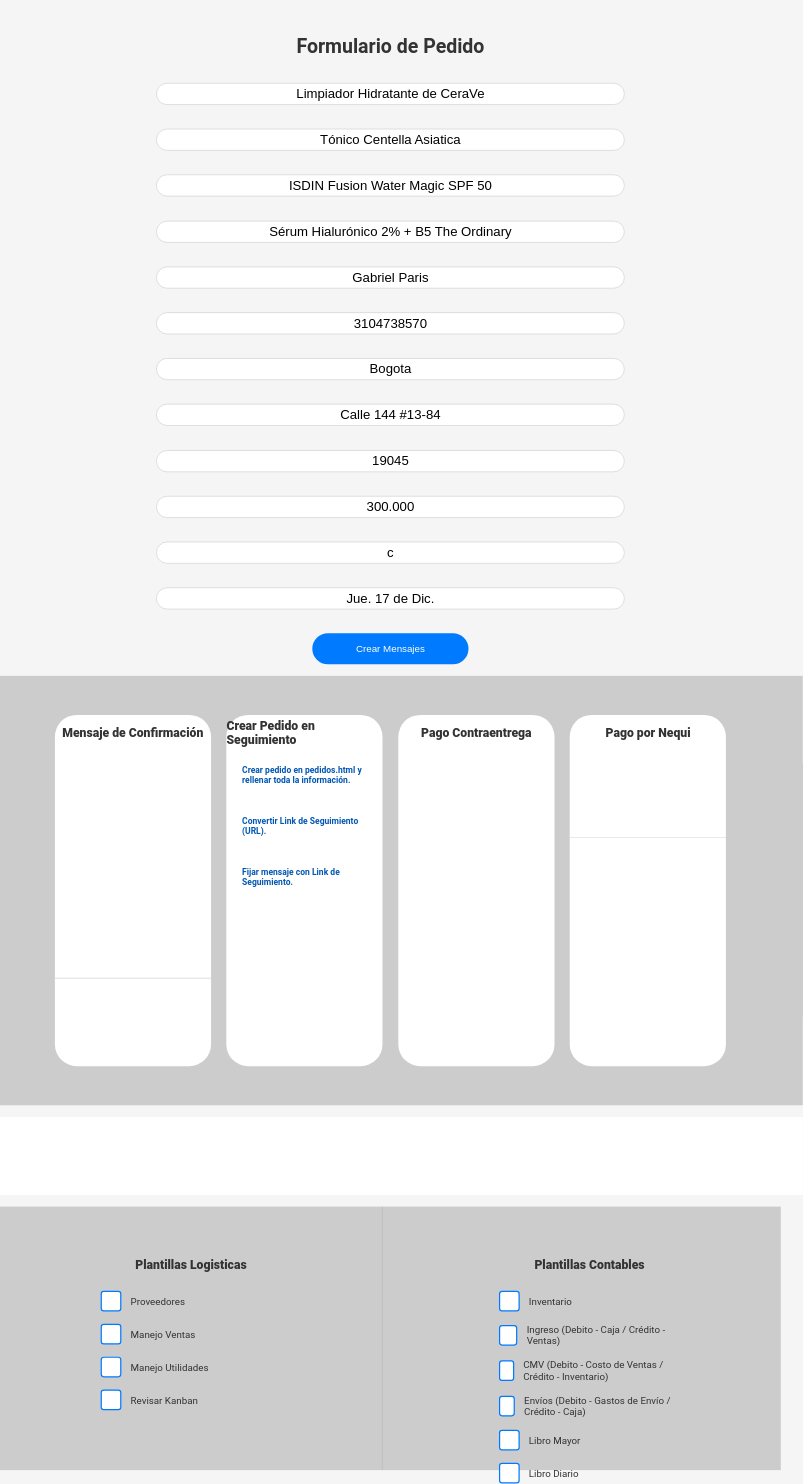
Repository: aCoupon0/intranet
Page: 1/venta-1.html
These files come from the project's save history. The page is drawn as it stood at one moment and after the next save; the edit follows.
The browser window is 1280 px wide. The page is 1316 px wide, so the pictures cover 1316 px, including what lies to the right of the window. The pictures show the whole page, at 61% of full size.

Above is the page before, as saved 2024-12-09 16:23:04.

### 1/venta-1.html
<!DOCTYPE html>
<html lang="es">

<head>
    <meta charset="UTF-8">
    <meta name="viewport" content="width=device-width, initial-scale=1.0">
    <title>Intranet DermaBox</title>
    <link rel="stylesheet" href="../css/venta.css">
</head>

<body>
    <h1>Formulario de Pedido</h1>

    <!-- Inputs para los productos -->
    <input type="text" id="input-limpiador" class="input-texto" placeholder="Limpiador" value="Limpiador Hidratante de CeraVe">
    <input type="text" id="input-hidratante" class="input-texto" placeholder="Hidratante" value="Tónico Centella Asiatica">
    <input type="text" id="input-bloqueador" class="input-texto" placeholder="Bloqueador" value="ISDIN Fusion Water Magic SPF 50">
    <input type="text" id="input-potenciador" class="input-texto" placeholder="Potenciador" value="Sérum Hialurónico 2% + B5 The Ordinary">

    <!-- Inputs para los datos del cliente -->
    <input type="text" id="input-nombre" class="input-texto" placeholder="Nombre" value="Gabriel Paris">
    <input type="text" id="input-celular" class="input-texto" placeholder="Celular" value="3104738570">
    <input type="text" id="input-ciudad" class="input-texto" placeholder="Ciudad" value="Bogota">
    <input type="text" id="input-direccion" class="input-texto" placeholder="Dirección" value="Calle 144 #13-84">

    <!-- Inputs para código, cobro y método -->
    <input type="text" id="input-codigo" class="input-texto" placeholder="Código" value="19045">
    <input type="text" id="input-cobro" class="input-texto" placeholder="Cobro" value="300.000">
    <input type="text" id="input-metodo" class="input-texto" placeholder="Método de Pago" value="c">
    <input type="text" id="input-fecha" class="input-texto" placeholder="Fecha de Llegada" value="Jue. 17 de Dic.">

    <!-- Botón para enviar -->
    <button id="boton-enviar" class="boton-enviar">Crear Mensajes</button>

    <div class="primera-fase">
        <div class="section-dual">
            <div class="section-dual-title">Mensaje de Confirmación</div>
            <div class="section-dual-1"></div>
            <div class="section-dual-2"></div>
        </div>
        <div class="section-dual">
            <div class="section-dual-title">Crear Pedido en Seguimiento</div>
            <div class="section-dual-instruction">Crear pedido en pedidos.html y rellenar toda la información.</div>
            <div class="section-dual-instruction">Convertir Link de Seguimiento (URL).</div>
            <div class="section-dual-instruction">Fijar mensaje con Link de Seguimiento.</div>
        </div>
        <div class="section-dual">
            <div class="section-dual-title">Pago Contraentrega</div>
            <div class="section-dual-3"></div>
        </div>
        <div class="section-dual">
            <div class="section-dual-title">Pago por Nequi</div>
            <div class="section-dual-4"></div>
            <div class="section-dual-5"></div>
        </div>

    </div>

    <div class="segunda-fase">

    </div>

    <div class="tercera-fase">
        <div class="tercera-fase-1">
            <p class="tercera-title">Plantillas Logisticas</p>
            <div class="instruccion-logistica">
                <div class="checkbox" onclick="toggleCheckbox(this)"></div>
                <div class="instruccion">Proveedores</div>
            </div>
            <div class="instruccion-logistica">
                <div class="checkbox" onclick="toggleCheckbox(this)"></div>
                <div class="instruccion">Manejo Ventas</div>
            </div>
            <div class="instruccion-logistica">
                <div class="checkbox" onclick="toggleCheckbox(this)"></div>
                <div class="instruccion">Manejo Utilidades</div>
            </div>
            <div class="instruccion-logistica">
                <div class="checkbox" onclick="toggleCheckbox(this)"></div>
                <div class="instruccion">Revisar Kanban</div>
            </div>
        </div>
        <div class="tercera-fase-2">
            <p class="tercera-title">Plantillas Contables</p>
            <div class="instruccion-logistica">
                <div class="checkbox" onclick="toggleCheckbox(this)"></div>
                <div class="instruccion">Inventario</div>
            </div>
            <div class="instruccion-logistica">
                <div class="checkbox" onclick="toggleCheckbox(this)"></div>
                <div class="instruccion">Ingreso (Debito - Caja  /  Crédito - Ventas)</div>
            </div>
            <div class="instruccion-logistica">
                <div class="checkbox" onclick="toggleCheckbox(this)"></div>
                <div class="instruccion">CMV (Debito - Costo de Ventas  /  Crédito - Inventario)</div>
            </div>
            <div class="instruccion-logistica">
                <div class="checkbox" onclick="toggleCheckbox(this)"></div>
                <div class="instruccion">Envíos (Debito - Gastos de Envío  /  Crédito - Caja)</div>
            </div>
            <div class="instruccion-logistica">
                <div class="checkbox" onclick="toggleCheckbox(this)"></div>
                <div class="instruccion">Libro Mayor</div>
            </div>
            <div class="instruccion-logistica">
                <div class="checkbox" onclick="toggleCheckbox(this)"></div>
                <div class="instruccion">Libro Diario</div>
            </div>
        </div>
    </div>

    <script src="../js/ventas-shared.js"></script>
</body>

</html>

### css/venta.css
body {
    font-family: 'Roboto', system-ui, -apple-system, BlinkMacSystemFont, 'Segoe UI', sans-serif;
    margin: 0;
    padding: 0;
    display: flex;
    justify-content: center;
    align-items: center;
    height: auto;
    flex-direction: column;
    background-color: #f5f5f5;
    color: #333;
    gap: 1.5vw;
    padding-top: 5vh;
}

input {
    width: 60vw; /* Ocupa el 80% del ancho del contenedor */
    height: 5vh; /* Altura dinámica según el viewport */
    padding: 5px;
    font-size: 3vh;
    border: 1px solid #ccc;
    border-radius: 5vw;
    margin-bottom: 20px; /* Separación del botón */
    box-sizing: border-box;
    text-align: center;
}

.boton-enviar {
    width: 20%; /* Mismo ancho que el input */
    padding: 10px;
    height: 7vh; /* Misma altura que el input */
    font-size: 1rem;
    background-color: #007BFF;
    color: white;
    border: none;
    border-radius: 5vw;
    cursor: pointer;
    transition: background-color 0.3s;
    text-align: center;
}

.boton-enviar:hover {
    background-color: #0056b3;
}


.primera-fase {
    width: 100%;
    height: auto;
    padding: 5% 5vh 5% 5vh;
    display: flex;
    justify-content: center;
    align-content: center;
    background-color: #ccc;
    flex-direction: row;
    gap: 2%;
}

.section-dual {
    width: 20%;
    height: 80vh;
    border-radius: 5vh;
    display: flex;
    flex-direction: column;
    background-color: #ffffff;
    justify-content: flex-start;
    align-items: center;
}

.section-dual-title {
    width: 100%;
    height: 10%;
    display: flex;
    justify-content: center;
    align-items: center;
    font-size: 20px;
    font-weight: 800;
}

.section-dual-instruction {
    width: 100%;
    height: auto;
    display: flex;
    justify-content: flex-start;
    align-items: center;
    font-size: 14px;
    font-weight: 600;
    padding: 10%;
    box-sizing: border-box;
    color: #0056b3;
}

.section-dual-1 {
    width: 100%;
    height: 65%;
    border-bottom: 1px solid rgba(128, 128, 128, 0.339);
    display: flex;
    justify-content: flex-start;
    align-items: center;
    text-align: left;
    box-sizing: border-box;
    font-size: 13px;
    font-weight: 400;
    padding: 5%;
}


.section-dual-2 {
    width: 100%;
    height: 25%;
    display: flex;
    justify-content: flex-start;
    align-items: center;
    text-align: left;
    box-sizing: border-box;
    font-size: 13px;
    font-weight: 400;
    padding: 5%;
}

.section-dual-3 {
    width: 100%;
    height: 75%;
    display: flex;
    justify-content: flex-start;
    align-items: center;
    text-align: left;
    flex-direction: column;
    box-sizing: border-box;
    font-size: 13px;
    font-weight: 400;
    padding: 5%;
}

.section-dual-4 {
    width: 100%;
    height: 25%;
    border-bottom: 1px solid rgba(128, 128, 128, 0.339);
    display: flex;
    justify-content: flex-start;
    align-items: center;
    text-align: left;
    box-sizing: border-box;
    font-size: 13px;
    font-weight: 400;
    padding: 5%;
}


.section-dual-5 {
    width: 100%;
    height: 65%;
    display: flex;
    justify-content: flex-start;
    align-items: center;
    text-align: left;
    box-sizing: border-box;
    font-size: 13px;
    font-weight: 400;
    padding: 5%;
    flex-direction: column;
}


.segunda-fase {
    width: 100%;
    height: auto;
    padding: 5% 5vh 5% 5vh;
    display: flex;
    justify-content: center;
    align-content: center;
    background-color: #ffffff;
    flex-direction: column;
}

.producto-item {
    display: flex;
    align-items: center;
    justify-content: center;
    width: 100%;
    height: auto;
    padding: 3% 10% 3% 10%;
    box-sizing: border-box;
}

.producto-checkbox {
    width: 50px; /* Tamaño de la checkbox */
    height: 50px; /* Tamaño de la checkbox */
    cursor: pointer; /* Cambia el cursor para indicar interactividad */
    display: flex;
    justify-content: center;
    align-items: center;
}

.producto-checkbox input[type="checkbox"] {
    width: 25px; /* Ancho del área del checkbox */
    height: 25px; /* Alto del área del checkbox */
    cursor: pointer; /* Cambia el cursor para indicar interactividad */
    accent-color: #007BFF; /* Cambia el color del checkbox (en navegadores compatibles) */
    margin-right: 10px; /* Espacio entre el checkbox y el texto */
}

.producto-item span {
    font-size: 18px; /* Tamaño del texto */
    line-height: 1.5; /* Espaciado para mejor lectura */
    font-weight: 800; /* Peso de la fuente para hacerla más visible */
    color: #333; /* Color del texto */
    font-size: 30px;
}




.tercera-fase {
    width: 100%;
    height: auto;
    display: flex;
    justify-content: center;
    align-content: center;
    flex-direction: row;
    background-color: #ccc;
    flex-direction: row;
    gap: 2%;
}


.tercera-fase-1 {
    width: 50%;
    height: 60vh;
    border-right: 1px solid rgb(184, 184, 184);
    display: flex;
    justify-content: flex-start;
    align-items: center;
    flex-direction: column;
    padding: 5% 10% 5% 10%;
    box-sizing: border-box;
    text-align: left;
}

.tercera-fase-2 {
    width: 50%;
    height: 60vh;
    display: flex;
    justify-content: flex-start;
    align-items: center;
    flex-direction: column;
    padding: 5% 10% 5% 10%;
    box-sizing: border-box;
    text-align: left;
}

.tercera-title {
    font-size: 20px;
    font-weight: 800;
}


.instruccion-logistica {
    display: flex; /* Alinea los elementos horizontalmente */
    align-items: center; /* Centra los elementos verticalmente */
    width: 80%; /* Ancho del contenedor */
    height: auto; /* Altura automática */
    margin: 10px 0; /* Espaciado vertical */
}

/* Checkbox personalizado */
.checkbox {
    width: 30px; /* Tamaño del checkbox */
    height: 30px;
    background-color: white; /* Color inicial (blanco) */
    border: 2px solid #007BFF; /* Borde azul */
    border-radius: 5px; /* Bordes redondeados */
    cursor: pointer; /* Cambia el cursor al pasar por encima */
    margin-right: 15px; /* Espaciado respecto al texto */
    transition: background-color 0.3s ease; /* Animación al cambiar el color */
}

/* Instrucción a la derecha */
.instruccion {
    font-size: 16px; /* Tamaño de fuente */
    color: #333; /* Color del texto */
}

### js/ventas-shared.js
document.getElementById("boton-enviar").addEventListener("click", () => {
    const nombre = document.getElementById("input-nombre").value.trim();
    const codigo = document.getElementById("input-codigo").value.trim();
    const limpiador = document.getElementById("input-limpiador").value.trim();
    const hidratante = document.getElementById("input-hidratante").value.trim();
    const bloqueador = document.getElementById("input-bloqueador").value.trim();
    const potenciador = document.getElementById("input-potenciador").value.trim();
    const ciudad = document.getElementById("input-ciudad").value.trim();
    const direccion = document.getElementById("input-direccion").value.trim();
    const cobro = document.getElementById("input-cobro").value.trim();

    // Construir el mensaje con saltos de línea en HTML
    let mensaje = `Hola *${nombre}*.<br><br>Gracias por tu compra en DermaBox. Tu pedido *#${codigo}* ha sido confirmado y está en preparación.<br><br>Por favor confirma los siguientes datos:<br><br>*Pedido*<br>`;

    if (limpiador) mensaje += ` - *${limpiador}*<br>`;
    if (hidratante) mensaje += ` - *${hidratante}*<br>`;
    if (bloqueador) mensaje += ` - *${bloqueador}*<br>`;
    if (potenciador) mensaje += ` - *${potenciador}*<br>`;
    if (cobro) mensaje += ` - *${cobro}*<br>`;

    mensaje += `<br>*Información del Cliente*<br>`;
    if (nombre) mensaje += ` - *${nombre}*<br>`;
    if (ciudad) mensaje += ` - *${ciudad}*<br>`;
    if (direccion) mensaje += ` - *${direccion}*<br>`;


    // Mostrar el mensaje en el div correspondiente
    const sectionDual1 = document.querySelector(".section-dual-1");
    sectionDual1.innerHTML = mensaje; // Asignar el HTML con saltos de línea


    // Construir el mensaje para section-dual-2
    const mensaje2 = `Para hacer el envío necesitamos los siguientes datos:<br><br> - Número de cédula<br> - Detalles de dirección (Casa, Conjunto, Edificio...)<br>`;

    // Mostrar el mensaje en section-dual-2
    const sectionDual2 = document.querySelector(".section-dual-2");
    sectionDual2.innerHTML = mensaje2;



    const metodoPago = document.querySelector("#input-metodo").value;
    const fechaLlegada = document.querySelector("#input-fecha").value; // Asegúrate de que esta variable obtenga el input correcto para la fecha.
    const linkSeguimiento = "https://tu-link-de-seguimiento.com"; // Proporciona aquí el link de seguimiento.

    if (metodoPago === "n") {
        // Rellenar section-dual-4
        const sectionDual4 = document.querySelector(".section-dual-4");
        sectionDual4.innerHTML = `
            Perfecto!<br>
            Indicaste que preferías el pago por Nequi, aquí tienes los datos para realizar el envío:
        `;

        // Rellenar section-dual-5
        const sectionDual5 = document.querySelector(".section-dual-5");
        sectionDual5.innerHTML = `
            Super!<br>
            Tu DermaBox está en camino y llegará aproximadamente el *${fechaLlegada}*. Aquí está el
            <a href="${linkSeguimiento}" target="_blank">*Link de Seguimiento*</a>.<br>
            Aquí puedes revisar nuevamente cómo aplicar tu rutina, acceder al *Qué Hacer Hoy* y muchas más cosas.<br>
            Dicho esto, muchas gracias por confiar en nosotros. Estaremos atentos a cualquier pregunta que puedas tener.<br>
            Y no te olvides de seguir las precauciones recomendadas.<br>
            ¡Hasta Pronto!
        `;
    } else if (metodoPago === "c") {
        // Rellenar section-dual-5
        const sectionDual3 = document.querySelector(".section-dual-3");
        sectionDual3.innerHTML = `
            Super!<br>
            Tu DermaBox está en camino y llegará aproximadamente el *${fechaLlegada}*.<br>
            Recuerda tener el dinero preparado o dejarlo en casa si no estarás presente al momento de la entrega.<br>
            Aquí está el <a href="${linkSeguimiento}" target="_blank">Link de Seguimiento</a>, aquí puedes revisar nuevamente la rutina, acceder al *Qué Hacer Hoy* y muchas más cosas.<br>
            Dicho esto, muchas gracias por confiar en nosotros. Estaremos atentos a cualquier pregunta que puedas tener.<br>
            ¡Hasta Pronto!
        `;
    }





    const segundaFase = document.querySelector(".segunda-fase");
    segundaFase.innerHTML = ""; // Limpia el contenido existente antes de agregar la lista.

    // Inputs de los productos
    const productos = [
        { id: "input-limpiador", nombre: "Limpiador" },
        { id: "input-hidratante", nombre: "Hidratante" },
        { id: "input-bloqueador", nombre: "Bloqueador" },
        { id: "input-potenciador", nombre: "Potenciador" },
    ];

    // Crear una lista dinámica
    productos.forEach(producto => {
        const valor = document.querySelector(`#${producto.id}`).value.trim();

        if (valor) {
            // Crear un contenedor para cada item
            const itemContainer = document.createElement("div");
            itemContainer.className = "producto-item";
            itemContainer.style.display = "flex";
            itemContainer.style.alignItems = "center";
            itemContainer.style.marginBottom = "8px";

            // Crear la checkbox
            const checkbox = document.createElement("input");
            checkbox.type = "checkbox";
            checkbox.className = "producto-checkbox";
            checkbox.style.marginRight = "10px";

            // Crear el texto del producto
            const texto = document.createElement("span");
            texto.textContent = valor;

            // Agregar checkbox y texto al contenedor
            itemContainer.appendChild(checkbox);
            itemContainer.appendChild(texto);

            // Agregar el contenedor a la segunda-fase
            segundaFase.appendChild(itemContainer);
        }
    });
});



// Función para alternar el color del checkbox
function toggleCheckbox(element) {
    // Cambia el color del fondo según el estado actual
    if (element.style.backgroundColor === "rgb(0, 123, 255)") {
        element.style.backgroundColor = "white"; // Vuelve al color blanco
    } else {
        element.style.backgroundColor = "#007BFF"; // Cambia al azul
    }
}

After the next save:
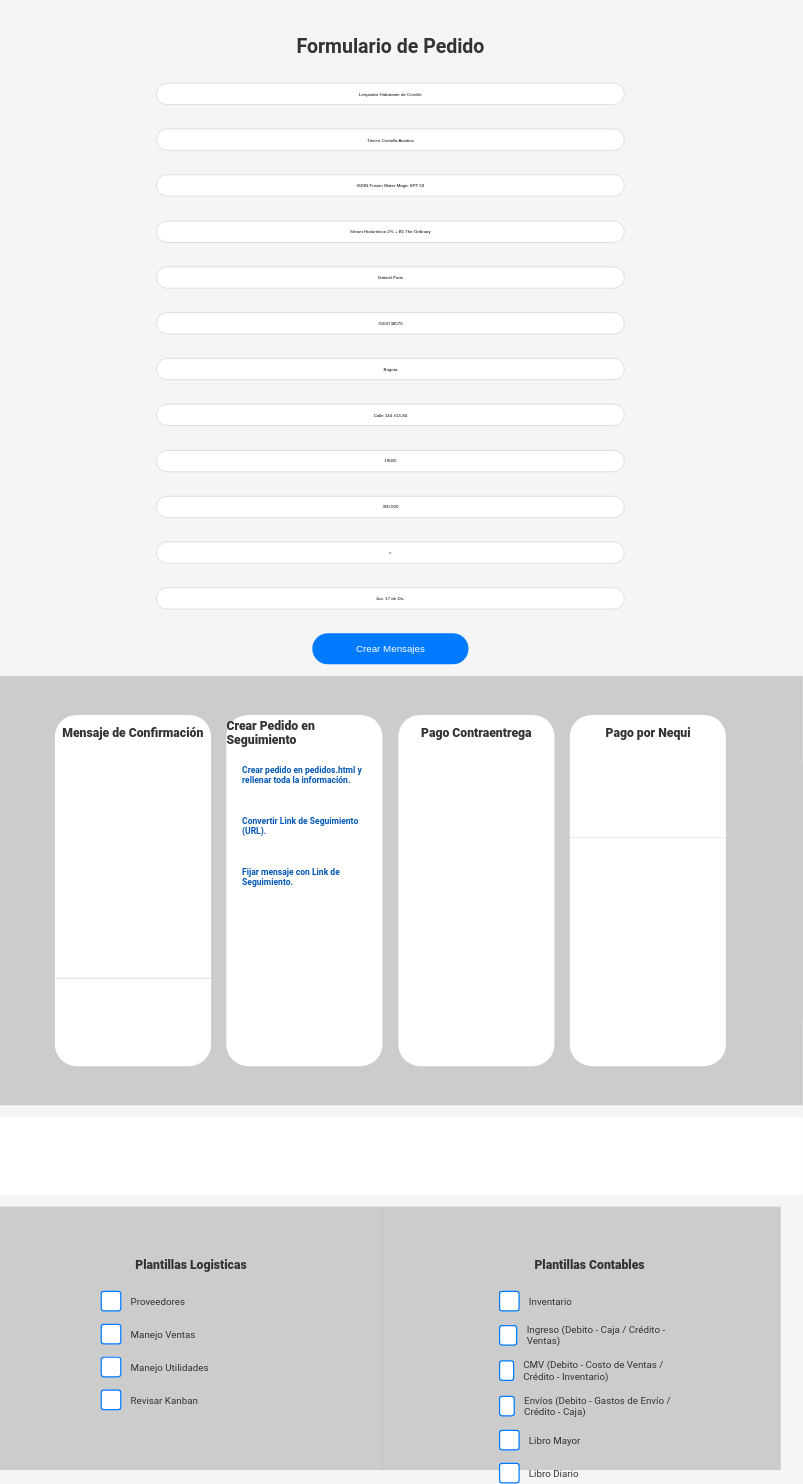
Saved 10 s later.
--- a/css/venta.css
+++ b/css/venta.css
@@ -17,7 +17,7 @@
     width: 60vw; /* Ocupa el 80% del ancho del contenedor */
     height: 5vh; /* Altura dinámica según el viewport */
     padding: 5px;
-    font-size: 3vh;
+    font-size: 1vh;
     border: 1px solid #ccc;
     border-radius: 5vw;
     margin-bottom: 20px; /* Separación del botón */
